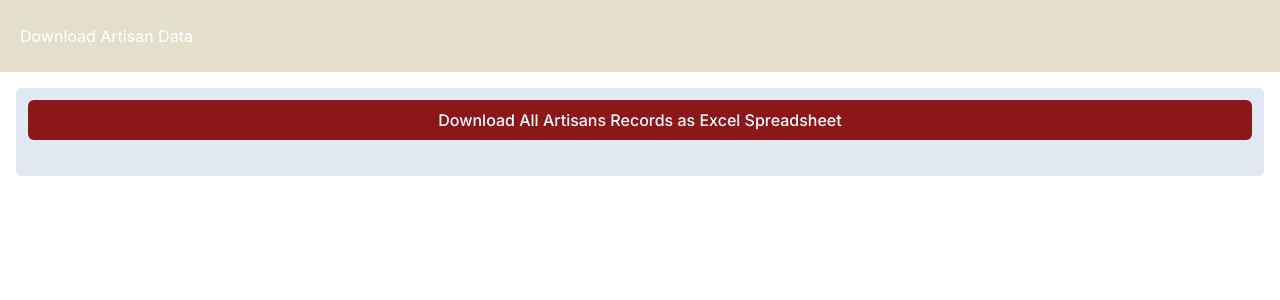
Repository: marcusdashe/artisanindex_frontend
Page: /components/DownloadDataScreen
The author's editor kept a copy of each file at every save. The page is drawn from the files as they stood at one save, then again after the next save.
The browser window is 1280 px wide. The pictures show the whole page.
The project was rebuilt for these pictures with package versions that can differ from the ones it lists, and the page was loaded fresh each time. The framework's server and built-in components were replaced by stand-ins that run in the browser. Also part of the build but not shown: next.config.js.

Above is the page before, as saved 2023-03-13 14:02:16.

After the next save:
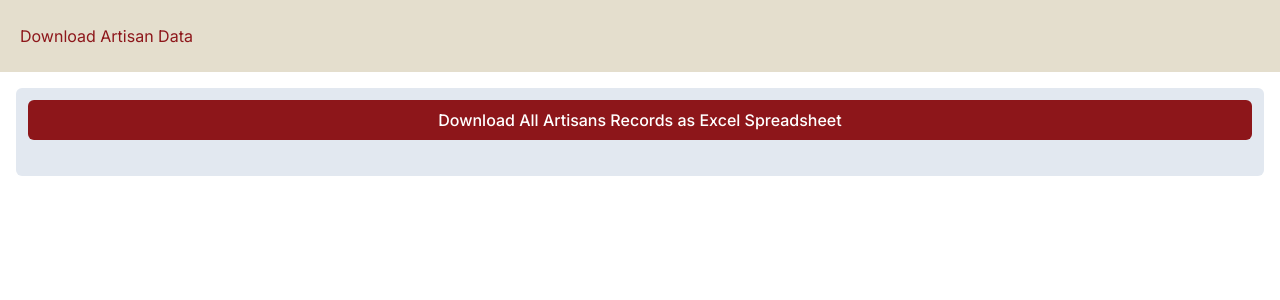
Saved 53 s later.
--- a/pages/components/DownloadDataScreen.js
+++ b/pages/components/DownloadDataScreen.js
@@ -20,7 +20,7 @@ function DownloadDataScreen() {
 
   return (
     <div className="w-full h-[100vh]">
-      <div className="w-full h-[10vh] bg-[#e4decd] flex items-center content-center justify-start text-white p-5">
+      <div className="w-full h-[10vh] bg-[#e4decd] flex items-center content-center justify-start text-[#8D161A] p-5">
         <h1>Download Artisan Data</h1>
       </div>
       <div className="w-full h-[90vh] p-4">
